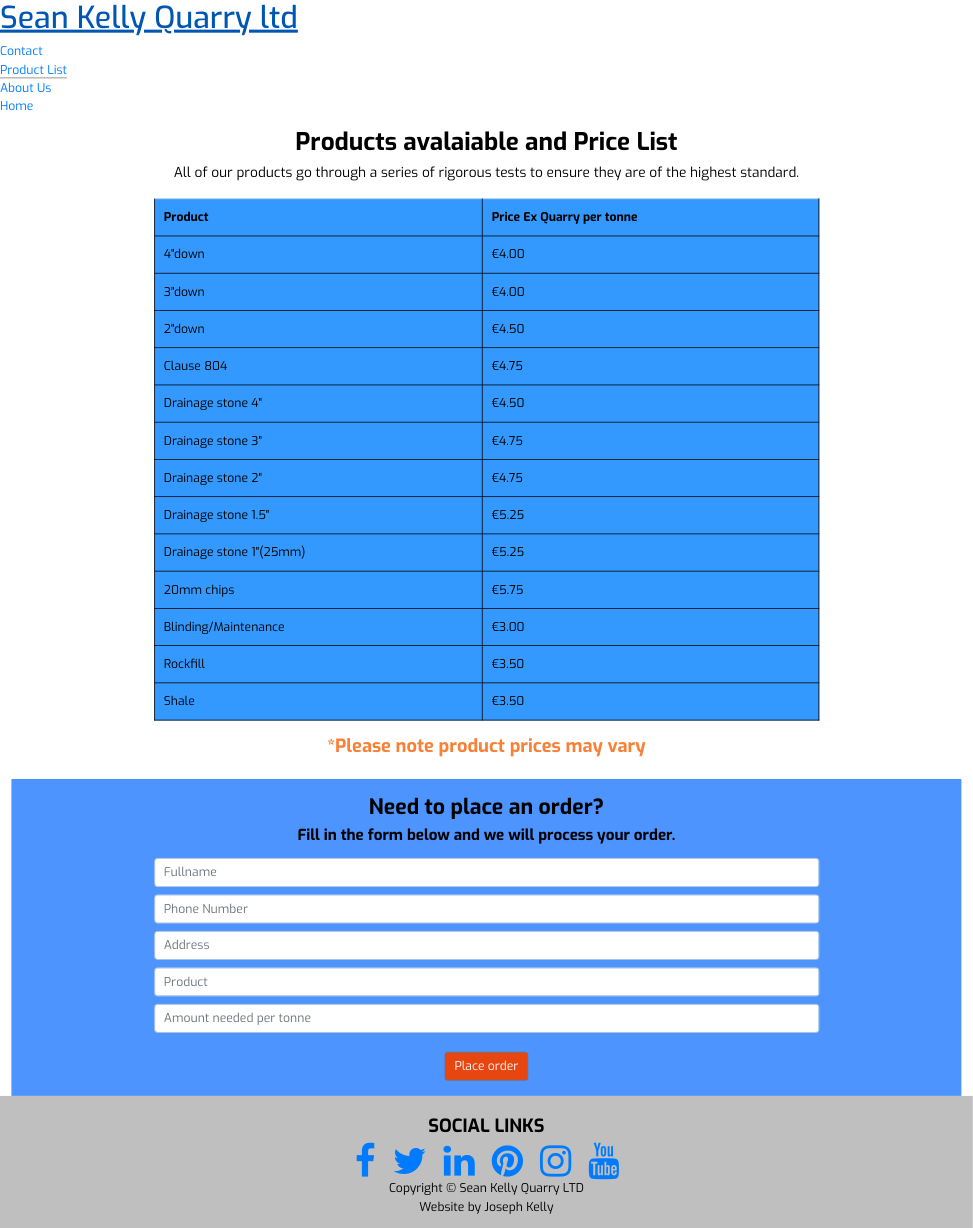
Repository: Code-Institute-Submissions/Sean-Kelly-Quarry
Page: product-list.html
The author's editor kept a record of every edit. The page is drawn from the files as they stood at one moment, then again after the next edit.
The browser window is 1280 px wide. The pictures show the whole page, at 76% of full size.

Above is the page before.

### product-list.html
<!DOCTYPE html>
<html lang="en">
<head>
    <meta charset="UTF-8">
    <meta name="viewport" content="width=device-width, initial-scale=1.0">
    <meta http-equiv="X-UA-Compatible" content="ie=edge">
    <link rel="stylesheet" href="https://stackpath.bootstrapcdn.com/bootstrap/4.4.1/css/bootstrap.min.css" type="text/css" />
    <link rel="stylesheet" href="https://stackpath.bootstrapcdn.com/font-awesome/4.7.0/css/font-awesome.min.css" type="text/css" />
    <link rel="stylesheet" href="assets/css/style.css" type="text/css" />
    <title>Sean Kelly Quarry</title>
</head>
<body>
    <header>                            <!-- inspired by love running mini project-->
        <a href="index.html">
            <h1 id="logo">Sean Kelly Quarry ltd</h1>
        </a>
        <nav>
            <ul id="menu">
                <li>
                    <a href="contact.html">Contact</a>
                </li>
                <li>
                    <a class="active" href="product-list.html">Product List</a>
                </li>
                <li>
                    <a href="about.html">About Us</a>
                </li>
                <li>
                    <a href="index.html">Home</a>
                </li>
            </ul>
        </nav>
    </header>
    <section class="container-fluid">
        <h2 class="product-heading">Products avalaiable and Price List</h2>
        <p class="product-note">All of our products go through a series of rigorous tests to ensure they are of the highest standard.</p>
        <table class="table" align="center">
           <tr>
               <th>
                   Product
               </th>
               <th>
                   Price Ex Quarry per tonne
               </th>
           </tr>
           <tr>
               <td>
                   4"down
               </td>
               <td>
                   €4.00
               </td>
           </tr>
           <tr>
                <td>
                   3"down
               </td>
               <td>
                   €4.00
               </td>
           </tr>
           <tr>
                <td>
                   2"down
               </td>
               <td>
                   €4.50
               </td>
           </tr>
           <tr>
                <td>
                   Clause 804
               </td>
               <td>
                   €4.75
               </td>
           </tr>
           <tr>
                <td>
                    Drainage stone 4"
                </td>
               <td>
                   €4.50
               </td>
           </tr>
           <tr>
                <td>
                   Drainage stone 3"
               </td>
               <td>
                   €4.75
               </td>
           </tr>
           <tr>
                <td>
                   Drainage stone 2"
               </td>
               <td>
                   €4.75
               </td>
           </tr>
           <tr>
                <td>
                   Drainage stone 1.5"
               </td>
               <td>
                   €5.25
               </td>
           </tr>
           <tr>
                <td>
                   Drainage stone 1"(25mm)
               </td>
               <td>
                   €5.25
               </td>
           </tr>
           <tr>
                <td>
                   20mm chips
               </td>
               <td>
                   €5.75
               </td>
           </tr>
           <tr>
                <td>
                   Blinding/Maintenance
               </td>
               <td>
                   €3.00
               </td>
           </tr>
           <tr>
                <td>
                   Rockfill
               </td>
               <td>
                   €3.50
               </td>
           </tr>
           <tr>
                <td>
                   Shale
               </td>
               <td>
                   €3.50
               </td>
           </tr>
        </table>
         <h4 class="product-disclaimer">*Please note product prices may vary</h4>
       <div class="order-form">
           <h3>Need to place an order?</h3>
           <h5>Fill in the form below and we will process your order.</h5>
           <form class="form">
               <input type="text" name="name" id="name" class="form-control input" placeholder="Fullname" required/>
               <input type="tel" name="number" id="phonenumber" class="form-control input" placeholder="Phone Number" required/>
               <input type="text" name="address" id="address" class="form-control input" placeholder="Address" required/>
               <input type="text" name="product" id="product" class="form-control input" placeholder="Product" required/>
               <input type="text" name="tonne" id="tonne" class="form-control input" placeholder="Amount needed per tonne" required/>
               <div class="form-row text-center">
                   <div class="col">
                       <button type="submit" class="btn btn-secondary">Place order</button>
                   </div>
               </div>
           </form>
       </div>
    </section>
    <footer class="container-fluid">                         <!-- inspired by UCD resume mini project-->
        <div id="footer-details" class="row">
            <div class="col-sm">
                <h4 class="uppercase footer-info">Social Links</h4>
                <ul class="list-inline social-links">
                    <li class="list-inline-item">
                        <a target="_blank" href="#">
                            <i class="fa fa-facebook fa-3x" aria-hidden="true"></i>
                            <span class="sr-only">Facebook</span>
                        </a>
                    </li>
                    <li class="list-inline-item">
                        <a target="_blank" href="#">
                            <i class="fa fa-twitter fa-3x" aria-hidden="true"></i>
                            <span class="sr-only">Twitter</span>
                        </a>
                    </li>
                    <li class="list-inline-item">
                        <a target="_blank" href="#">
                            <i class="fa fa-linkedin fa-3x" aria-hidden="true"></i>
                            <span class="sr-only">LinkedIn</span>
                        </a>
                    </li>
                    <li class="list-inline-item">
                        <a target="_blank" href="#">
                            <i class="fa fa-pinterest fa-3x" aria-hidden="true"></i>
                            <span class="sr-only">pinterest</span>
                        </a>
                    </li>
                    <li class="list-inline-item">
                        <a target="_blank" href="#">
                            <i class="fa fa-instagram fa-3x" aria-hidden="true"></i>
                            <span class="sr-only">Instagram</span>
                        </a>
                    </li>
                    <li class="list-inline-item">
                        <a target="_blank" href="#">
                            <i class="fa fa-youtube fa-3x" aria-hidden="true"></i>
                            <span class="sr-only">Youtube</span>
                        </a>
                    </li>
                    <p class="copyright">Copyright &#169; Sean Kelly Quarry LTD</p>
                    <p>Website by Joseph Kelly</p>
                </ul>
            </div>
        </div>
    </footer>                                         <!-- inspired by UCD resume mini project-->
</body>
</html>

### assets/css/style.css
@import url('https://fonts.googleapis.com/css?family=Exo:100,200,300,400,500,600,700|Roboto:100,200,300,400,500,600,700&display=swap');

*{
    margin: 0;
    padding: 0;
    border: 0;
}

/* ---------------------------------------------header*/

body {
    font-family: "Exo";
    color: #777777;
}


#menu a:hover {
    border-bottom: 1px solid #777777;
}

.active {
    border-bottom: 1px solid #777777;
}

/* ---------------------------------------------hero image*/

@keyframes slideshow {
	10% {left: 0;}
	20% {left: 0;}
	30% {left: 0;}
	40% {left: -100%;}
	50% {left: -100%;}
	60% {left: -100%;}
	70% {left: -200%;}
	80% {left: -200%;}
	90% {left: -200%;}
	100% {left: -200%}
}


#slider{overflow:hidden;width:100%;margin:5px auto; border: 5px solid transparent;border-radius: 10px;}
#slider figure img{width:33.33%;height:700px;float:left;}
#slider figure{position:relative;width:300%;margin:0;left:0;text-align:left;animation:20s slideshow infinite}
@media screen and (max-width: 767px) {#slider {overflow: hidden; width: 100%; margin: 0 auto;}}

/* ---------------------------------------------about/meet*/

h3, h2, h4, h5 {
    font-family: "Exo", sans-serif;
    font-weight: bold;
    text-align: center;
    color: #000000;
}

.about {
    background-color: #3399ff;
    color: #000000;
    padding-top: 10px;
    text-align: center;
    overflow: hidden;
}

.about-info {
    margin-left: 15px;
    margin-right: 15px;
    padding-bottom: 10px;
}

.our-team {
    margin-top: 10px;
    padding-bottom: 20px;
}

.team {
   margin-top: 5px;
   margin-bottom: 5px;
   font-family: "Exo", sans-serif;
}

.team-border {
    overflow: hidden;
    border: outset 2px;
    border-radius: 200px;
    padding-left: 20px;
    padding-right: 20px;
}

.meet-icon {
    margin-top: 5px;
    margin-bottom: 5px;
}

.history {
    border: outset;
    border-radius: 100px;
    border-color: #000000;
}

.who-we-are {
    border: outset;
    border-radius: 100px;
    border-color: #000000;
}

.what-we-do {
    border: outset;
    border-radius: 100px;
    border-color: #000000;
}

.heading {
    padding-top: 10px;
}


/* ---------------------------------------------footer*/

footer {
    color: #000000;
    padding-top: 25px;
    background-color: #bfbfbf;
    display: inline-block;
}

.footer-info {
    font-weight: bold;
    text-align: center;
}

.list-inline-item {
    margin-left: 10px;
    margin-right: 10px;
}

.uppercase {
    text-transform: uppercase;
}

.social-links {
    text-align: center;
}

p {
    text-align: center;
    color: #000000;
}

.copyright {
    margin-bottom: 0;
}

/* ---------------------------------------------product list/order form*/

.table {
    width: 70%;
    margin-left: auto;
    margin-right: auto;
    margin-top: 20px;
    margin-bottom: 20px;
    background-color: #3399ff;
    color: #000000;
    border-collapse: collapse;
}

table, th, td {
  border: 1px solid black;
}

.product-heading {
    margin-top: 10px;
    color: #000000;
}

.product-note {
    font-size: large;
}

.product-disclaimer {
    color: #f88037;
    text-align: center;
    padding-bottom: 20px;
}

.order-form {
    font-family: "Exo", sans-serif;
    color: #000000;
    padding-top: 20px;
    display: block;
    text-align: center;
    background-color: #4d94ff;
}

/* ---------------------------------------------contact*/


.mapouter{
    position: relative;
    text-align: center;
    height: 400px;
    width: 100%;
    margin-top: 20px;
}

.gmap_canvas {
    overflow: hidden;
    background: none!important;
    height: 400px;
    width: 60%;
    margin-left: 20%;
    margin-right: 20%;
    border: outset;
    border-color: #3399ff;;
}

.contact-info {
    font-family: "Exo", sans-serif;
    color: #000000;
    text-align: center;
    margin-top: 80px;
}

button[type="submit"] {
    margin-top: 15px;
    margin-bottom: 20px;
    color: #fafafa;
    background-color: #e84610;
}


.form {
    display: inline-block;
    margin-left: 15%;
    margin-right: 15%;
    width: 70%;
}

.input {
    margin-top: 10px;
    margin-bottom: 10px;
}

.contact-section {
    margin-top: 25px;
    background-color: #3399ff;
    padding-bottom: 20px;
}

.contact {
    border: outset;
    border-radius: 200px;
    border-color: #000000;
}

.form-section {
    padding-top: 20px;
}

/* ---------------------------------------------media queries*/

@media(min-width: 992px) {
    .center-form {
        padding-top: 30px;
        min-height: 240px;
        margin: 0 auto;
        max-width: 50%;
    }
}

After the next edit:
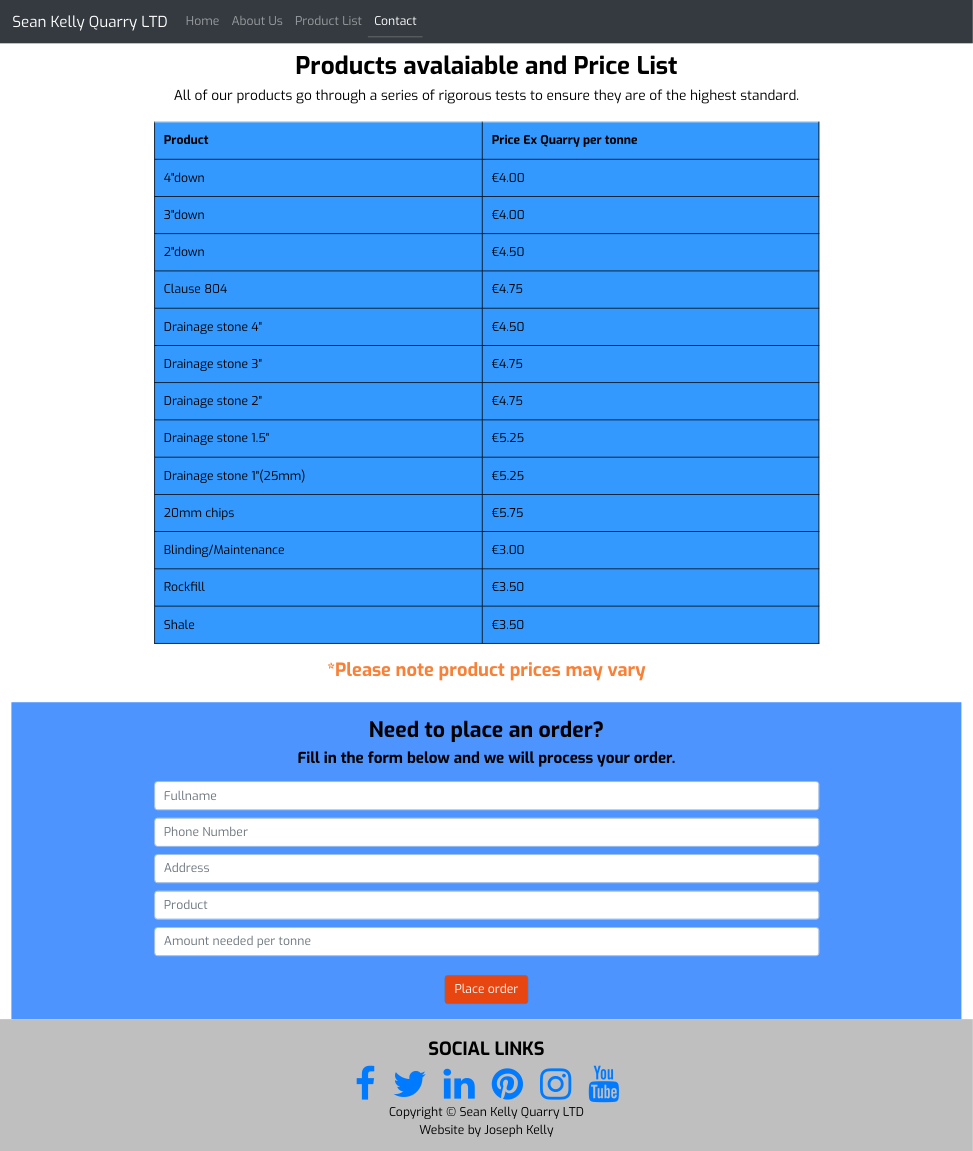
The edit:
--- a/product-list.html
+++ b/product-list.html
@@ -11,24 +11,27 @@
 </head>
 <body>
     <header>                            <!-- inspired by love running mini project-->
-        <a href="index.html">
-            <h1 id="logo">Sean Kelly Quarry ltd</h1>
-        </a>
-        <nav>
-            <ul id="menu">
-                <li>
-                    <a href="contact.html">Contact</a>
-                </li>
-                <li>
-                    <a class="active" href="product-list.html">Product List</a>
-                </li>
-                <li>
-                    <a href="about.html">About Us</a>
-                </li>
-                <li>
-                    <a href="index.html">Home</a>
-                </li>
-            </ul>
+        <nav class="navbar navbar-expand-sm navbar-dark bg-dark">
+            <a class="navbar-brand" href="#">Sean Kelly Quarry LTD</a>
+                <button class="navbar-toggler" type="button" data-toggle="collapse" data-target="#navbarNav" aria-controls="navbarNav" aria-expanded="false" aria-label="Toggle navigation">
+                <span class="navbar-toggler-icon"></span>
+                </button>
+            <div class="collapse navbar-collapse" id="navbarNav">
+                <ul class="navbar-nav">
+                    <li class="nav-item">
+                    <a class="nav-link" href="index.html">Home</a>
+                    </li>
+                    <li class="nav-item">
+                    <a class="nav-link" href="about.html">About Us</a>
+                    </li>
+                    <li class="nav-item">
+                    <a class="nav-link" href="product-list.html">Product List</a>
+                    </li>
+                    <li class="nav-item active">
+                    <a class="nav-link" href="contact.html">Contact</a>
+                    </li>
+                </ul>
+            </div>
         </nav>
     </header>
     <section class="container-fluid">
